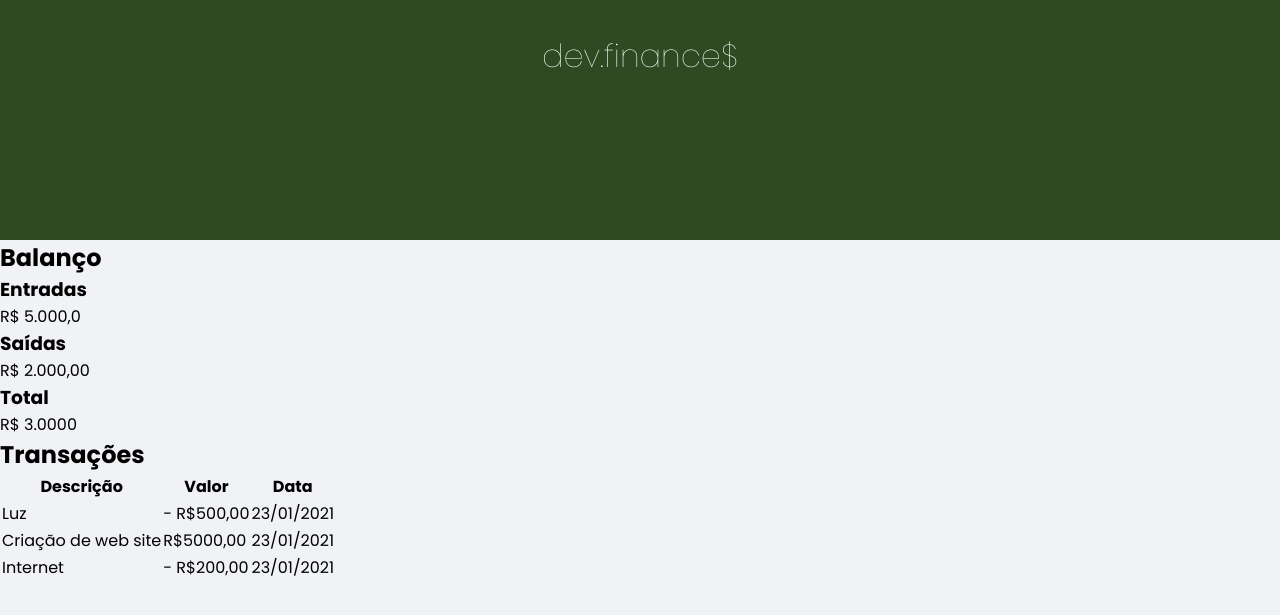
Repository: rafaelmgr12/maratona-dev01
Page: index.html
These files come from the project's save history. The page is drawn as it stood at one moment and after the next save; the edit follows.
The browser window is 1280 px wide. The pictures show the whole page.

Above is the page before, as saved 2021-04-26 20:21:49.

### index.html
<!DOCTYPE html>
<html lang="pt-br">
  <head>
    <meta charset="UTF-8" />
    <meta http-equiv="X-UA-Compatible" content="IE=edge" />
    <meta name="viewport" content="width=device-width, initial-scale=1.0" />
    <title>Rafael-app.finance$</title>
    <link rel="stylesheet" href="style.css">
    <link rel="preconnect" href="https://fonts.gstatic.com">
    <link href="https://fonts.googleapis.com/css2?family=Poppins:ital,wght@0,100;0,400;0,700;1,100;1,400;1,700&display=swap" rel="stylesheet">
  </head>
  <body>
    <header><h1 id = "logo">dev.finance$</h1></header>
    <main class = "container">
      <section id="balance">
        <h2>Balanço</h2>
        <divc class = "card">
          <h3>Entradas</h3>
          <p>R$ 5.000,0</p>
        </div>
        <div>
          <h3 class = "card">Saídas</h3>
          <p>R$ 2.000,00</p>
        </div>
        <div class="card">
          <h3>Total</h3>
          <p>R$ 3.0000</p>
        </div>
      </section>
      <section id = "transaction">
        <h2>Transações</h2>
        <table id= "data-table">
          <thead>
            <tr>
              <th>Descrição</th>
              <th>Valor</th>
              <th>Data</th>
            </tr>
          </thead>
          <tbody>
            <tr>
              <td>Luz</td>
              <td>- R$500,00</td>
              <td>23/01/2021</td>
            </tr>
            <tr>
              <td>Criação de web site</td>
              <td>R$5000,00</td>
              <td>23/01/2021</td>
            </tr>
            <tr>
              <td>Internet</td>
              <td>- R$200,00</td>
              <td>23/01/2021</td>
            </tr>
          </tbody>
        </table>
      </section>
    </main>
    <footer></footer>
  </body>
</html>

### style.css
* {
    margin: 0;
    padding: 0;
    box-sizing: border-box;
}

body{
    background : #f0f2f5;
    font-family: "Poppins", sans-serif;
}
.container{
    width: min();
    margin: auto;

}
/* Header ======================================== */
header{
    background: #2d4a22;
    padding: 2rem 0 10rem;
    text-align: center;

}

#logo {
    color : #fff;
    font-weight : 100;


}

/* Balance ======================================== */

/* footer ======================================== */
footer{
    text-align : center;
}

After the next save:
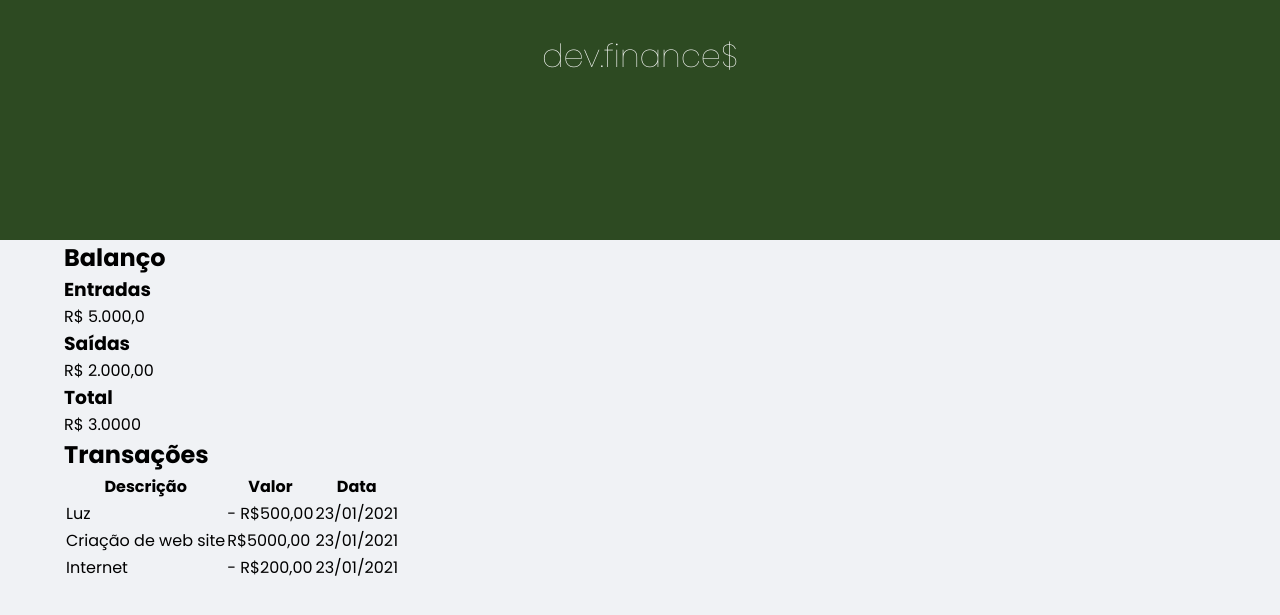
Saved 35 s later.
--- a/style.css
+++ b/style.css
@@ -1,36 +1,32 @@
 * {
-    margin: 0;
-    padding: 0;
-    box-sizing: border-box;
+  margin: 0;
+  padding: 0;
+  box-sizing: border-box;
 }
 
-body{
-    background : #f0f2f5;
-    font-family: "Poppins", sans-serif;
+body {
+  background: #f0f2f5;
+  font-family: "Poppins", sans-serif;
 }
-.container{
-    width: min();
-    margin: auto;
-
+.container {
+  width: min(90vw);
+  margin: auto;
 }
 /* Header ======================================== */
-header{
-    background: #2d4a22;
-    padding: 2rem 0 10rem;
-    text-align: center;
-
+header {
+  background: #2d4a22;
+  padding: 2rem 0 10rem;
+  text-align: center;
 }
 
 #logo {
-    color : #fff;
-    font-weight : 100;
-
-
+  color: #fff;
+  font-weight: 100;
 }
 
 /* Balance ======================================== */
 
 /* footer ======================================== */
-footer{
-    text-align : center;
+footer {
+  text-align: center;
 }
